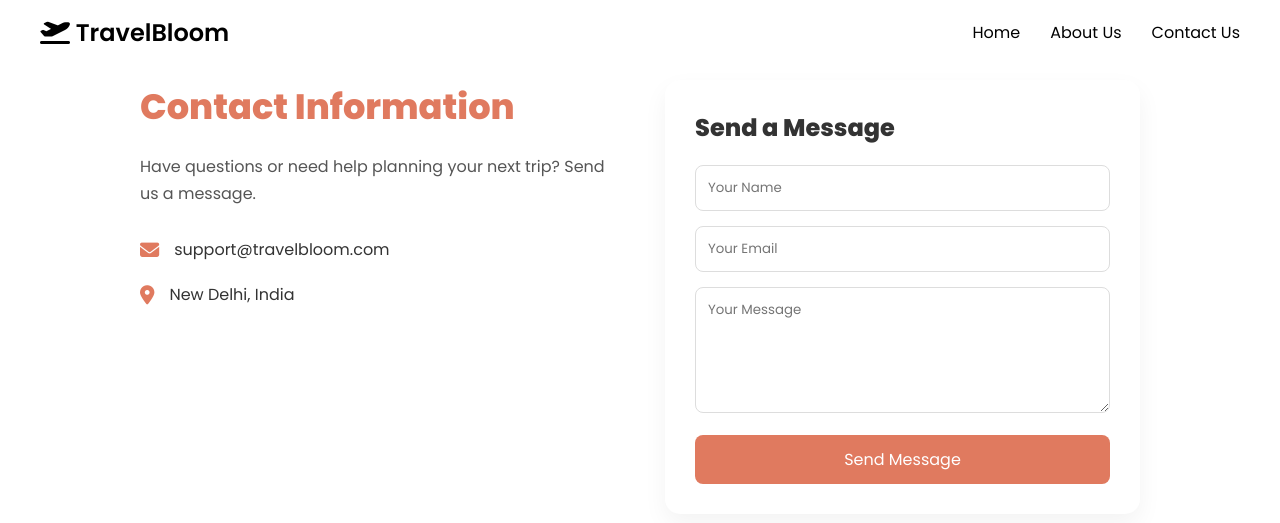
Repository: LatikaAdhikari064/TravelBloom_Project
Page: contact.html
The author's editor kept a copy of each file at every save. The page is drawn from the files as they stood at one save, then again after the next save.
The browser window is 1280 px wide. The pictures show the whole page.

Above is the page before, as saved 2026-01-08 21:01:58.

### contact.html
<!DOCTYPE html>
<html lang="en">
<head>
    <meta charset="UTF-8">
    <meta name="viewport" content="width=device-width, initial-scale=1.0">
    <title>Contact Us - TravelBloom</title>

    <!-- Fonts & Icons -->
    <link href="https://fonts.googleapis.com/css2?family=Poppins:wght@300;400;600;800&display=swap" rel="stylesheet">
    <link rel="stylesheet" href="https://cdnjs.cloudflare.com/ajax/libs/font-awesome/6.4.0/css/all.min.css">

    <!-- CSS -->
    <link rel="stylesheet" href="contact.css">
</head>
<body>

    <nav class="navbar">
        <div class="logo">
            <i class="fas fa-plane-departure"></i> TravelBloom
        </div>
        <ul class="nav-links">
            <li><a href="/">Home</a></li>
            <li><a href="about.html">About Us</a></li>
            <li><a href="contact.html">Contact Us</a></li>
        </ul>
    </nav>
    <!-- CONTACT SECTION -->
    <section class="contact-section">
        <div class="contact-container">

            <!-- INFO -->
            <div class="contact-info">
                <h2>Contact Information</h2>
                <p>Have questions or need help planning your next trip? Send us a message.</p>

                <div class="info-item">
                    <i class="fas fa-envelope"></i>
                    <span>support@travelbloom.com</span>
                </div>

                <div class="info-item">
                    <i class="fas fa-map-marker-alt"></i>
                    <span>New Delhi, India</span>
                </div>
            </div>

            <!-- FORM -->
            <form class="contact-form">
                <h2>Send a Message</h2>

                <input type="text" placeholder="Your Name" required>
                <input type="email" placeholder="Your Email" required>
                <textarea placeholder="Your Message" rows="5" required></textarea>

                <button type="submit">Send Message</button>
            </form>

        </div>
    </section>

</body>
</html>

### contact.css
/* --- CONTACT PAGE STYLES --- */
* {
    margin: 0;
    padding: 0;
    box-sizing: border-box;
    font-family: 'Poppins', sans-serif;
}

/* --- Navigation Bar --- */
.navbar {
     position: fixed;
    top: 0;
    width: 100%;
    padding: 15px 40px;
    display: flex;
    justify-content: space-between;
    align-items: center;
    background: rgb(255, 255, 255);
    backdrop-filter: blur(8px);
    z-index: 1000;
}

.logo {
    font-size: 1.5rem;
    font-weight: 600;
    color: rgb(0, 0, 0);
}

.nav-links {
    list-style: none;
    display: flex;
    gap: 30px;
}

.nav-links a {
    text-decoration: none;
    color: rgb(0, 0, 0);
    font-weight: 400;
    transition: color 0.3s;
}

.nav-links a:hover,
.nav-links a.active {
    color: #E07A5F;
}

.contact-hero h1 {
    font-size: 3rem;
    font-weight: 800;
}

.contact-hero p {
    font-size: 1.1rem;
    opacity: 0.9;
}

/* SECTION */
.contact-section {
    padding: 80px 20px;
    background:white;
}

.contact-container {
    max-width: 1000px;
    margin: auto;
    display: grid;
    grid-template-columns: 1fr 1fr;
    gap: 50px;
}

/* INFO */
.contact-info h2 {
    font-size: 2.2rem;
    margin-bottom: 20px;
    color: #E07A5F;
}

.contact-info p {
    color: #555;
    margin-bottom: 30px;
    line-height: 1.7;
}

.info-item {
    display: flex;
    align-items: center;
    gap: 15px;
    margin-bottom: 20px;
    color: #333;
}

.info-item i {
    color: #E07A5F;
    font-size: 1.2rem;
}

/* FORM */
.contact-form {
    background: white;
    padding: 30px;
    border-radius: 15px;
    box-shadow: 0 10px 25px rgba(0,0,0,0.05);
}

.contact-form h2 {
    margin-bottom: 20px;
    color: #333;
}

.contact-form input,
.contact-form textarea {
    width: 100%;
    padding: 12px;
    margin-bottom: 15px;
    border-radius: 8px;
    border: 1px solid #ddd;
    font-family: inherit;
}

.contact-form input:focus,
.contact-form textarea:focus {
    outline: none;
    border-color: #E07A5F;
}

.contact-form button {
    width: 100%;
    padding: 12px;
    background: #E07A5F;
    border: none;
    color: white;
    font-size: 1rem;
    border-radius: 8px;
    cursor: pointer;
    transition: background 0.3s;
}

.contact-form button:hover {
    background: #cf6a52;
}

/* RESPONSIVE */
@media (max-width: 768px) {
    .contact-container {
        grid-template-columns: 1fr;
    }

    .contact-hero h1 {
        font-size: 2.2rem;
    }
}

After the next save:
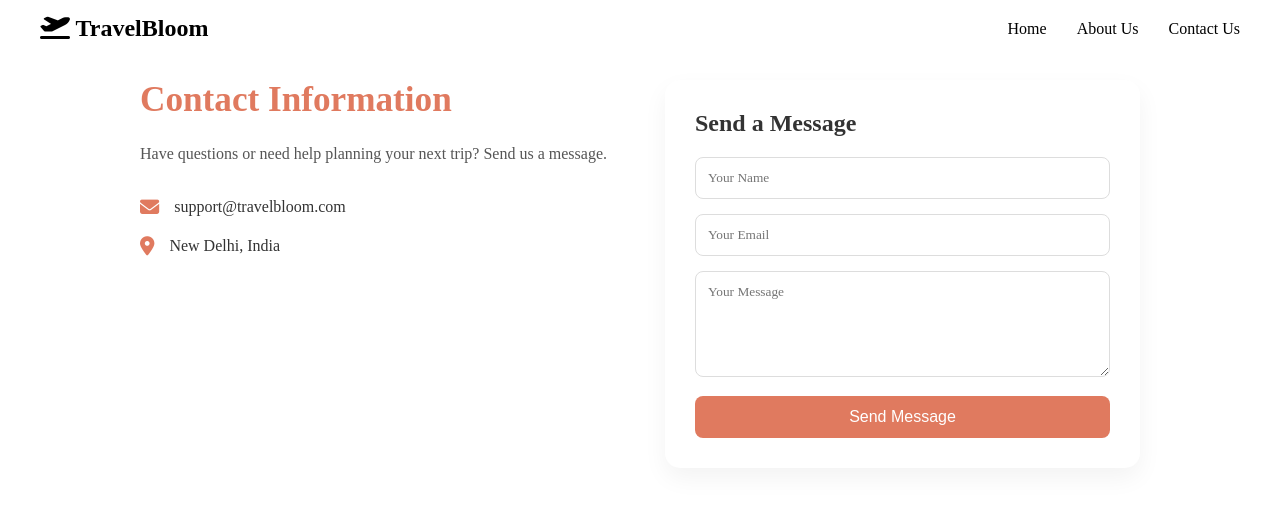
Saved 82 s later.
--- a/contact.css
+++ b/contact.css
@@ -3,7 +3,7 @@
     margin: 0;
     padding: 0;
     box-sizing: border-box;
-    font-family: 'Poppins', sans-serif;
+    /* font-family: 'Poppins', sans-serif; */
 }
 
 /* --- Navigation Bar --- */
